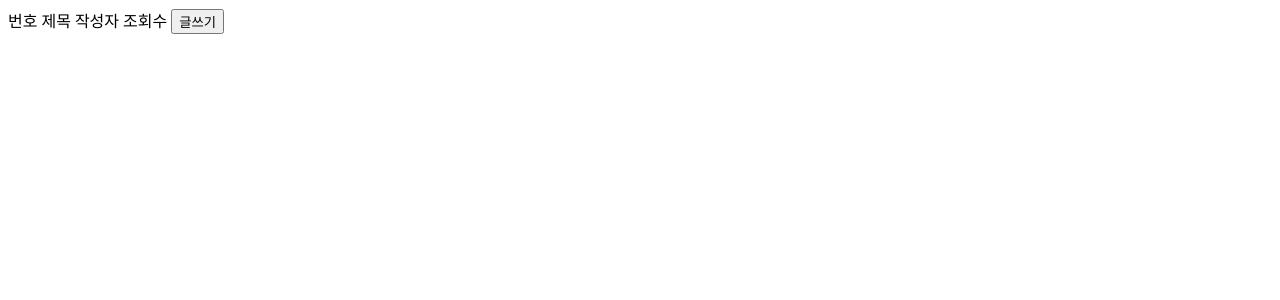
Repository: GitOnibi/jsp
Page: http://localhost/JSPprojec/notice/notice.jsp
These files come from the project's save history. The page is drawn as it stood at one moment and after the next save; the edit follows.
The browser window is 1280 px wide. The pictures show the whole page.
The page is served by Tomcat 9.

Above is the page before, as saved 2019-01-11 10:40:46.

After the next save:
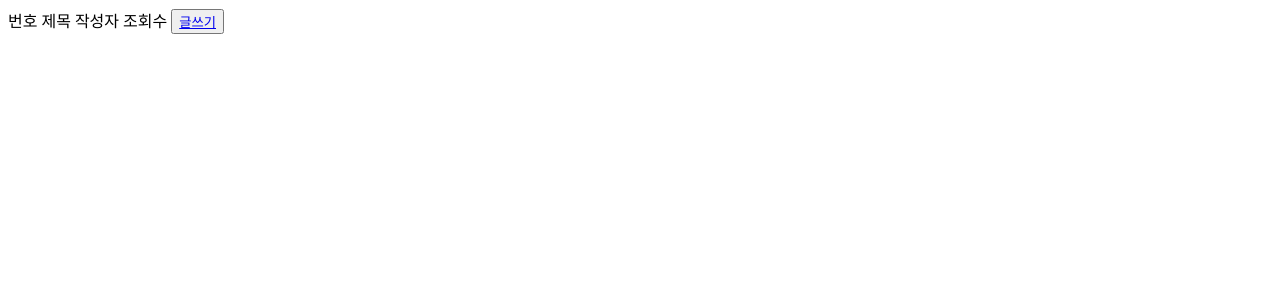
Saved 12 s later.
--- a/JSPprojec/WebContent/notice/notice.jsp
+++ b/JSPprojec/WebContent/notice/notice.jsp
@@ -17,6 +17,6 @@
 			<tr></tr>
 		</tbody>
 	</tabel>
-	<button id="writeBtn">글쓰기</button>
+	<button id="writeBtn"><a href="write.jsp">글쓰기</a></button>
 </body>
 </html>
